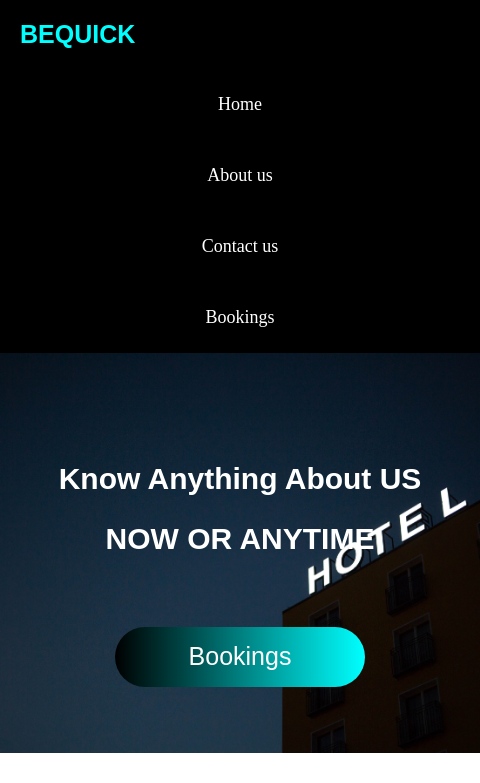
Repository: Ayushi6Sharma/BEQUICK_Hotel_Booking_Web
Page: html/aboutus.html
An editor plug-in stored every save of this project. The page is shown before and after the next save, followed by the edit.
The browser window is 480 px wide. The pictures show the part of the page from y = 0 to 783 px (the page is 2900 px tall before and 2894 px after).
A picture or video elsewhere on the page could not be fetched, so the positions and the page height are approximate.

Above is the page before, as saved 2022-05-12 00:38:53.

After the next save:
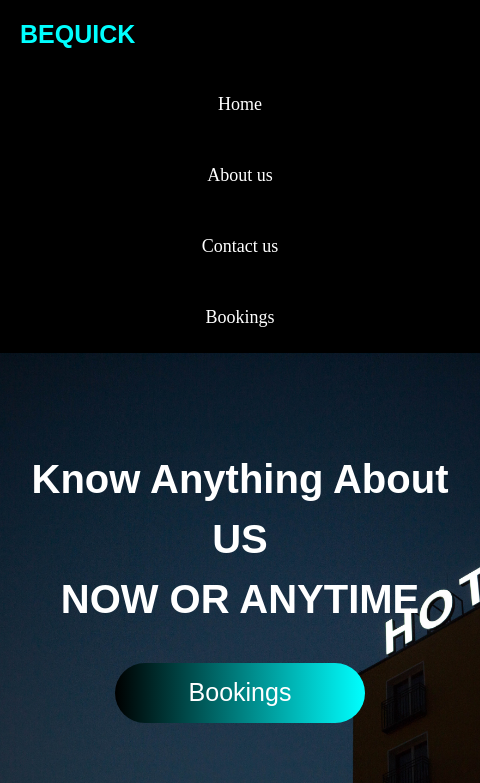
Saved 115 s later.
--- a/style/mediaqueries.css
+++ b/style/mediaqueries.css
@@ -1,5 +1,6 @@
 /* index.html */
 @media screen and (max-width:480px){
+    /* index.html */
     .nav-list >li
     {
         width:100%;
@@ -60,6 +61,11 @@
     .footer-list  ul li a
     {
         font-size: 18px;
+    }
+    /* about.html */
+    .about-1-header
+    {
+        font-size: 30px;
     }
 }
 @media screen and (min-width:480px) and (max-width:768px){
@@ -138,28 +144,3 @@
         margin-top: 20px;
     }
 }
-/* aboutus.html */
-@media screen and (max-width:480px)
-{
-    .nav-list >li
-    {
-        width:100%;
-        text-align: center;
-    }
-    .hotel-about-image
-    {
-        height: 400px;
-    }
-    .hotel-main-image-content
-    {
-        font-size:30px;
-        line-height: 60px;
-    }
-    .bookings-btn
-    {
-        margin-top: 10%;
-    }
-}
-@media screen and (min-width:480px) and (max-width:768px){
-
-}
